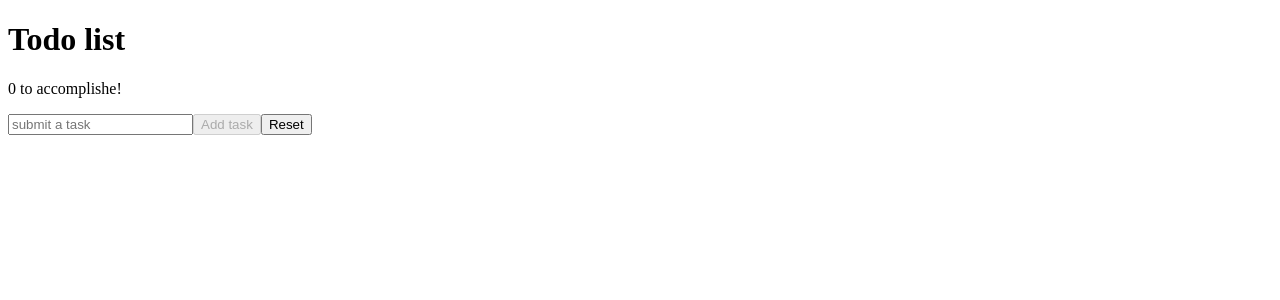
Repository: Ylan-sayada/todo-list
Page: /
These files come from the project's save history. The page is drawn as it stood at one moment and after the next save; the edit follows.
The browser window is 1280 px wide. The pictures show the whole page.
The project was rebuilt for these pictures with package versions that can differ from the ones it lists, and the page was loaded fresh each time.

Above is the page before, as saved 2021-05-28 15:49:18.

### src/index.js
import React from 'react';
import ReactDOM from 'react-dom';
import App from './App.jsx';
ReactDOM.render(
  <React.StrictMode>
    <App />
  </React.StrictMode>,
  document.getElementById('root')
);

### src/App.jsx
import React from 'react';
import TodoContainer from './components/TodoContainer';

function App() {
  return (
    <div className="App">
      <header className="App-header">
       <h1>Todo list</h1>
       <TodoContainer/>
      </header>
    </div>
  );
}

export default App;

### src/components/TodoContainer.jsx
import React,{useReducer} from 'react'
import TodoInput from './TodoInput';
import TodoContent from './TodoContent';

function reducer(state, action) {
    switch (action.type) {
      case 'add':
        return [...state,{
            id:state.length,
            taskName: action.payload,
            isAccomplished: false
        }];
      case 'delete':
          state = state.filter(task => action.payload !== task.id).map(el => el)
         return [...state];
      case 'reset':
          return [];
      default:
        throw new Error();
    }
  }

  let initReducer = [];

export default function TodoContainer() {
    let [tasks,dispatchTask] = useReducer(reducer,initReducer);
    let addItem = (task) =>{
         dispatchTask({type:'add',payload:task})
    }
    let deleteItem = (id) =>{
        dispatchTask({type:'delete',payload:id})
    }
    let reset= () =>{
        dispatchTask({type:'reset'});
    }

    console.log(tasks);
    return (
        <div>
        <p>{tasks.filter(el => !el.isAccomplished).length} to accomplishe!</p>
       <TodoInput resetHandler={reset} addItemHandler={addItem}/>
       <TodoContent del={deleteItem} taskList={tasks}/>
        </div>
    )
}

### src/components/TodoInput.jsx
import React,{useRef,useState} from 'react'

export default function TodoInput(props) {
    let input  = useRef(null);
    let [isClickable,setIsClickable] = useState(true);
    let handleButtonState = (e) =>{
        let btnState  = e.target.value ? false : true;
        setIsClickable(btnState)
    }
    let onClickHandler = () =>{
        props.addItemHandler(input.current.value);
    }
    let resetHandler = () =>{

        props.resetHandler();
    }
    return (
        <div>
            <input ref={input} onChange={handleButtonState} type="text" placeholder="submit a task" />
            <button disabled={isClickable} onClick={onClickHandler}>Add task</button>
            <button onClick={resetHandler}>Reset</button>
        </div>
    )
}

### src/components/TodoContent.jsx
import React from 'react'

export default function TodoContent(props) {
    let deleteItem = (id) =>{
        props.del(id);
    }
    let taskList = props.taskList.map((task,id)=>{
        return (
        <div key={id} style={{display:"flex",justifyContent:"space-between"}}>
            <p style={{display:"flex",justifyContent:"space-between"}}>{task.taskName}<input type="checkbox"/><button onClick={()=>deleteItem(task.id)}>X</button></p>
        </div>
        )
    })
    return (
        <div>
        {taskList}
        </div>
    )
}

Loaded but not shown: public/index.html (common file)

After the next save:
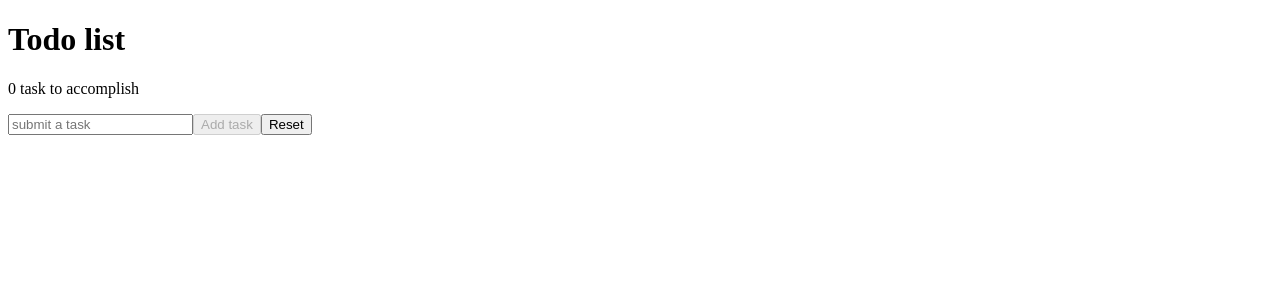
Saved 79 s later.
--- a/src/components/TodoContainer.jsx
+++ b/src/components/TodoContainer.jsx
@@ -37,7 +37,7 @@ export default function TodoContainer() {
     console.log(tasks);
     return (
         <div>
-        <p>{tasks.filter(el => !el.isAccomplished).length} to accomplishe!</p>
+        <p>{tasks.filter(el => !el.isAccomplished).length} task to accomplish</p>
        <TodoInput resetHandler={reset} addItemHandler={addItem}/>
        <TodoContent del={deleteItem} taskList={tasks}/>
         </div>
